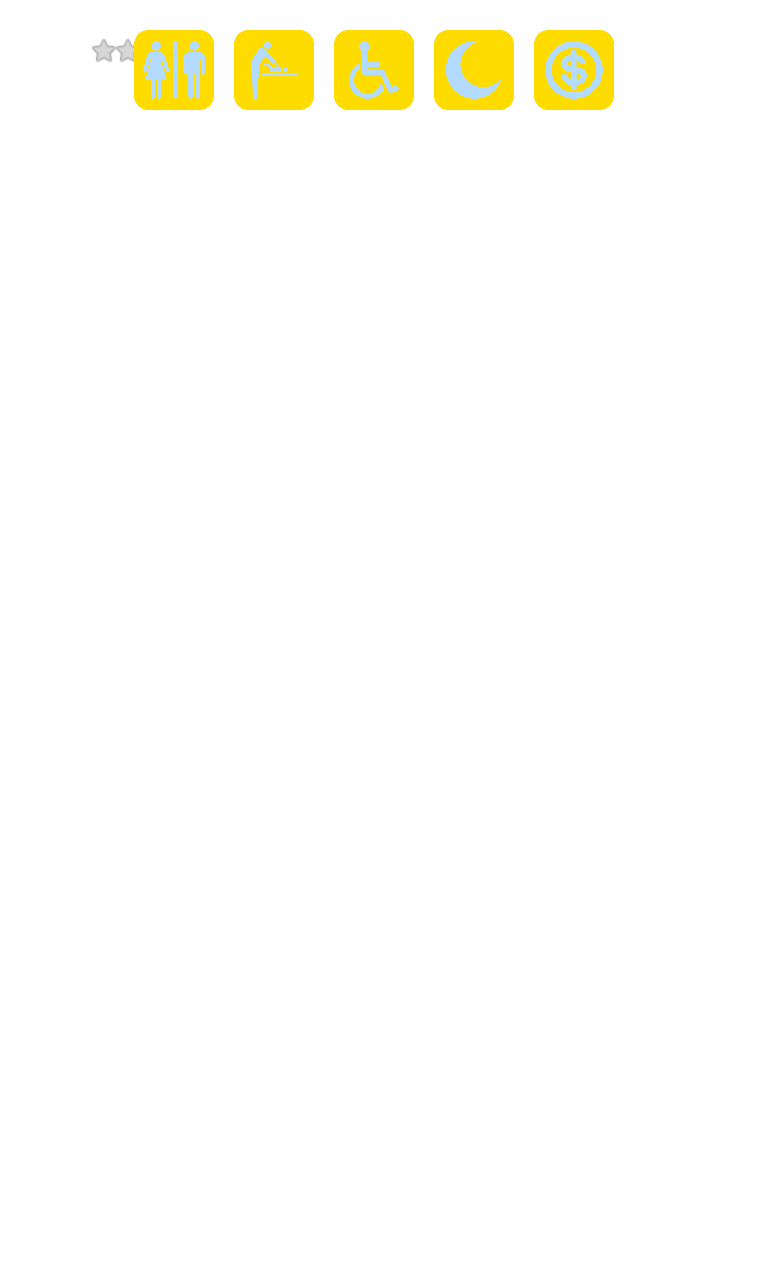
Repository: asocha/toilettalk
Layout: Android/workspace/ToiletTalk/res/layout/google_maps_marker.xml
An editor plug-in stored every save of this project. The layout is shown before and after the next save, followed by the edit.
It is drawn on a 768 x 1280 px phone screen (xhdpi) without system bars, with theme AppTheme; the app's code is not run.

Above is the layout before, as saved 2013-04-28 20:49:36.

### Android/workspace/ToiletTalk/res/layout/google_maps_marker.xml
<?xml version="1.0" encoding="utf-8"?>
<RelativeLayout xmlns:android="http://schemas.android.com/apk/res/android"
	android:layout_width="wrap_content"
	android:layout_height="wrap_content"
	android:orientation="horizontal">

	<ImageView
		android:id="@+id/marker_image"
		android:layout_width="40dp"
		android:layout_height="40dp"
		android:contentDescription="@string/restroom_image"/>

	<LinearLayout
	    android:id="@+id/marker_content"
		android:layout_width="wrap_content"
		android:layout_height="wrap_content"
		android:layout_toRightOf="@id/marker_image"
		android:paddingLeft="6dp"
		android:orientation="vertical">

		<TextView
			android:id="@+id/marker_title"
			android:layout_width="wrap_content"
			android:layout_height="wrap_content"
			android:textAppearance="?android:attr/textAppearanceSmall"/>

		<RatingBar
		    android:id="@+id/marking_rating"
		    android:layout_width="wrap_content"
		    android:layout_height="wrap_content"
		    style="?android:attr/ratingBarStyleSmall" />
	</LinearLayout>

	<LinearLayout
        android:id="@+id/view_icons"
        android:layout_width="wrap_content"
        android:layout_marginTop="15dp"
        android:layout_height="40dp"
        android:layout_below="@+id/compose_ratingbar"
        android:layout_centerHorizontal="true" >

        <ToggleButton
            android:id="@+id/button_unisex"
            android:layout_marginRight="10dp"
            android:layout_width="40dp"
            android:layout_height="fill_parent"
            android:background="@drawable/button_unisex"
            android:textOn=""
            android:textOff="" />

        <ToggleButton
            android:id="@+id/button_babystation"
            android:layout_marginRight="10dp"
            android:layout_width="40dp"
            android:layout_height="fill_parent"
            android:background="@drawable/button_baby_station"
            android:textOn=""
            android:textOff="" />

        <ToggleButton
            android:id="@+id/button_handicap"
            android:layout_marginRight="10dp"
            android:layout_width="40dp"
            android:layout_height="fill_parent"
            android:background="@drawable/button_handicap"
            android:textOn=""
            android:textOff="" />

        <ToggleButton
            android:id="@+id/button_24hours"
            android:layout_marginRight="10dp"
            android:layout_width="40dp"
            android:layout_height="fill_parent"
            android:background="@drawable/button_24hours"
            android:textOn=""
            android:textOff="" />

        <ToggleButton
            android:id="@+id/button_money"
            android:layout_marginRight="10dp"
            android:layout_width="40dp"
            android:layout_height="fill_parent"
            android:background="@drawable/button_money"
            android:textOn=""
            android:textOff="" />
    </LinearLayout>

	<TextView
		android:id="@+id/view_icons"
		android:layout_width="wrap_content"
		android:layout_height="wrap_content"
		android:layout_below="@id/marker_image"
		android:textAppearance="?android:attr/textAppearanceSmall"/>



</RelativeLayout>

### Android/workspace/ToiletTalk/res/values/styles.xml
<resources xmlns:android="http://schemas.android.com/apk/res/android">

    <!--
        Base application theme, dependent on API level. This theme is replaced
        by AppBaseTheme from res/values-vXX/styles.xml on newer devices.
    -->
    <style name="AppBaseTheme" parent="android:Theme.Light">
        <!--
            Theme customizations available in newer API levels can go in
            res/values-vXX/styles.xml, while customizations related to
            backward-compatibility can go here.
        -->
    </style>

    <!-- Application theme. -->
    <style name="AppTheme" parent="android:Theme.Light.NoTitleBar">
        <!-- All customizations that are NOT specific to a particular API-level can go here. -->
    </style>

   	<style name="Theme.Main" parent="android:Theme.Holo.Light">
   	    <item name="android:windowContentOverlay">@null</item>
	</style>

   	<style name="EditText.InputStyle" parent="android:Widget.EditText">
   	   	<item name="android:ems">10</item>
   	   	<item name="android:layout_marginBottom">@dimen/margin_textinputs</item>
   	   	<item name="android:layout_marginTop">@dimen/margin_textinputs</item>
   	</style>

   	<style name="customRatingBar" parent="@android:style/Widget.RatingBar">
        <item name="android:progressDrawable">@drawable/custom_rating_bar_full</item>
        <item name="android:minHeight">1dp</item>
        <item name="android:maxHeight">1dp</item>
    </style>

</resources>

### Android/workspace/ToiletTalk/res/values/strings.xml
<?xml version="1.0" encoding="utf-8"?>
<resources>

    <string name="app_name">ToiletTalk</string>
    <string name="action_settings">Settings</string>
    <string name="hello_world">Hello world!</string>
    <string name="register">Register</string>
    <string name="login">Login</string>
    <string name="continue_guest">Continue as guest</string>
	<string name="uname_hint">Username</string>
	<string name="pass_hint">Password</string>
	<string name="email">Email Address</string>
	<string name="gender">Gender</string>
	<string name="reg_submit">Sign me up!</string>
	<string name="logo_description">Toilet Talk</string>
	<string name="error_login">Invalid username/password combination</string>
	<string name="error_reg">Registration Failed. Please check imput.</string>
	<string name="error_generic">Submittion failed due to network error.</string>
	<string name="error_continue">Return</string>
	<string name="first_name">First Name</string>
	<string name="last_name">Last Name</string>
	<string name="button_reset_map">Reset Map</string>
	<string name="button_text_compose_review">Compose</string>
	<string name="button_menu">Menu</string>
	<string name="button_review">Submit</string>
	<string name="location_name">Location Name</string>
	<string name="restroom_image">Restroom Image</string>
	<string name="image_instructions">Tap on the above thumbnail to attach a new image</string>
	<string name="expand">Expand</string>
</resources>

### Android/workspace/ToiletTalk/res/drawable/button_unisex.xml
<?xml version="1.0" encoding="utf-8"?>
<selector xmlns:android="http://schemas.android.com/apk/res/android">
    <item android:drawable="@drawable/icon_unisex_selected" android:state_checked="true" android:state_pressed="true"/>
    <item android:drawable="@drawable/icon_unisex_selected" android:state_pressed="true"/>
    <item android:drawable="@drawable/icon_unisex_selected" android:state_checked="true" />
    <item android:drawable="@drawable/icon_unisex_unselected"/>
</selector>

### Android/workspace/ToiletTalk/res/drawable/button_baby_station.xml
<?xml version="1.0" encoding="utf-8"?>
<selector xmlns:android="http://schemas.android.com/apk/res/android">
    <item android:drawable="@drawable/icon_baby_station_selected" android:state_checked="true" android:state_pressed="true"/>
    <item android:drawable="@drawable/icon_baby_station_selected" android:state_pressed="true"/>
    <item android:drawable="@drawable/icon_baby_station_selected" android:state_checked="true" />
    <item android:drawable="@drawable/icon_baby_station_unselected"/>
</selector>

### Android/workspace/ToiletTalk/res/drawable/button_handicap.xml
<?xml version="1.0" encoding="utf-8"?>
<selector xmlns:android="http://schemas.android.com/apk/res/android">
    <item android:drawable="@drawable/icon_handicap_selected" android:state_checked="true" android:state_pressed="true"/>
    <item android:drawable="@drawable/icon_handicap_selected" android:state_pressed="true"/>
    <item android:drawable="@drawable/icon_handicap_selected" android:state_checked="true" />
    <item android:drawable="@drawable/icon_handicap_unselected"/>
</selector>

### Android/workspace/ToiletTalk/res/drawable/button_24hours.xml
<?xml version="1.0" encoding="utf-8"?>
<selector xmlns:android="http://schemas.android.com/apk/res/android">
    <item android:drawable="@drawable/icon_24hours_selected" android:state_checked="true" android:state_pressed="true"/>
    <item android:drawable="@drawable/icon_24hours_selected" android:state_pressed="true"/>
    <item android:drawable="@drawable/icon_24hours_selected" android:state_checked="true" />
    <item android:drawable="@drawable/icon_24hours_unselected"/>
</selector>

### Android/workspace/ToiletTalk/res/drawable/button_money.xml
<?xml version="1.0" encoding="utf-8"?>
<selector xmlns:android="http://schemas.android.com/apk/res/android">
    <item android:drawable="@drawable/icon_money_selected" android:state_checked="true" android:state_pressed="true"/>
    <item android:drawable="@drawable/icon_money_selected" android:state_pressed="true"/>
    <item android:drawable="@drawable/icon_money_selected" android:state_checked="true" />
    <item android:drawable="@drawable/icon_money_unselected"/>
</selector>

After the next save:
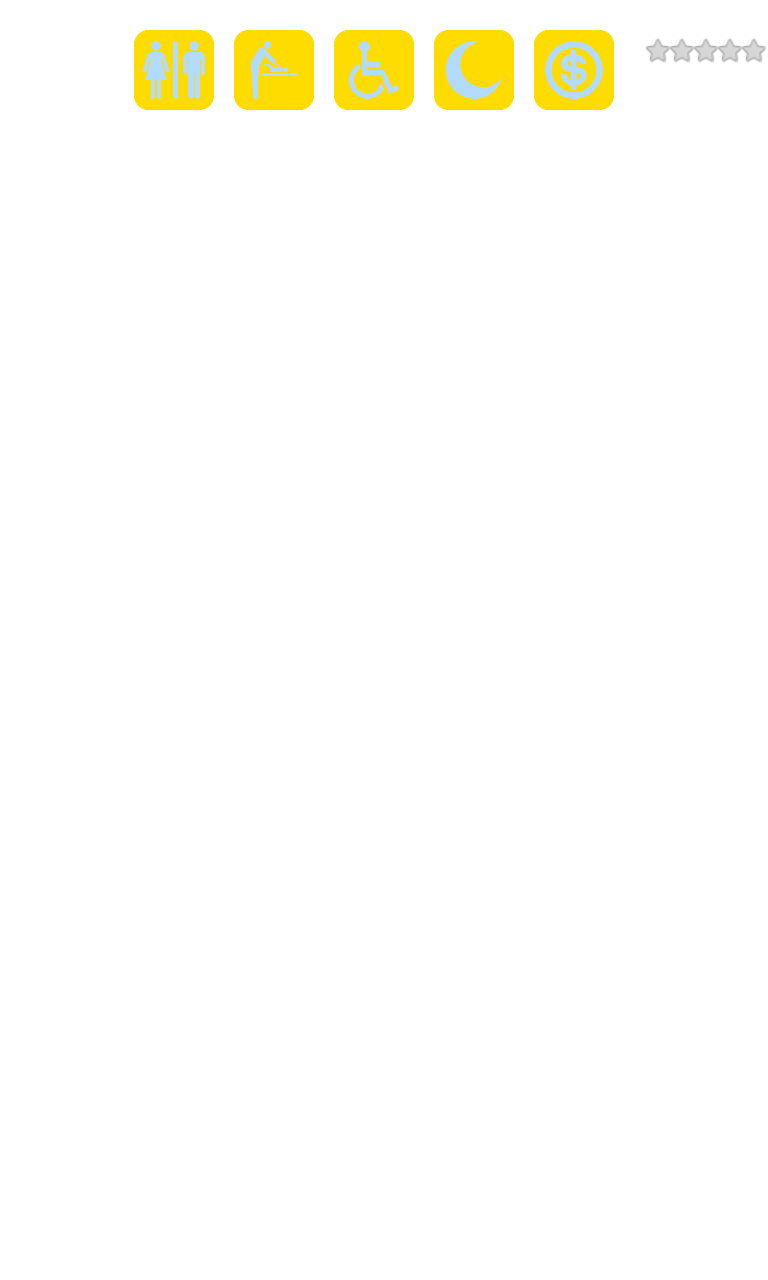
Saved 36 s later.
--- a/Android/workspace/ToiletTalk/res/layout/google_maps_marker.xml
+++ b/Android/workspace/ToiletTalk/res/layout/google_maps_marker.xml
@@ -32,7 +32,7 @@
 	</LinearLayout>
 
 	<LinearLayout
-        android:id="@+id/view_icons"
+        android:id="@+id/marker_image"
         android:layout_width="wrap_content"
         android:layout_marginTop="15dp"
         android:layout_height="40dp"
